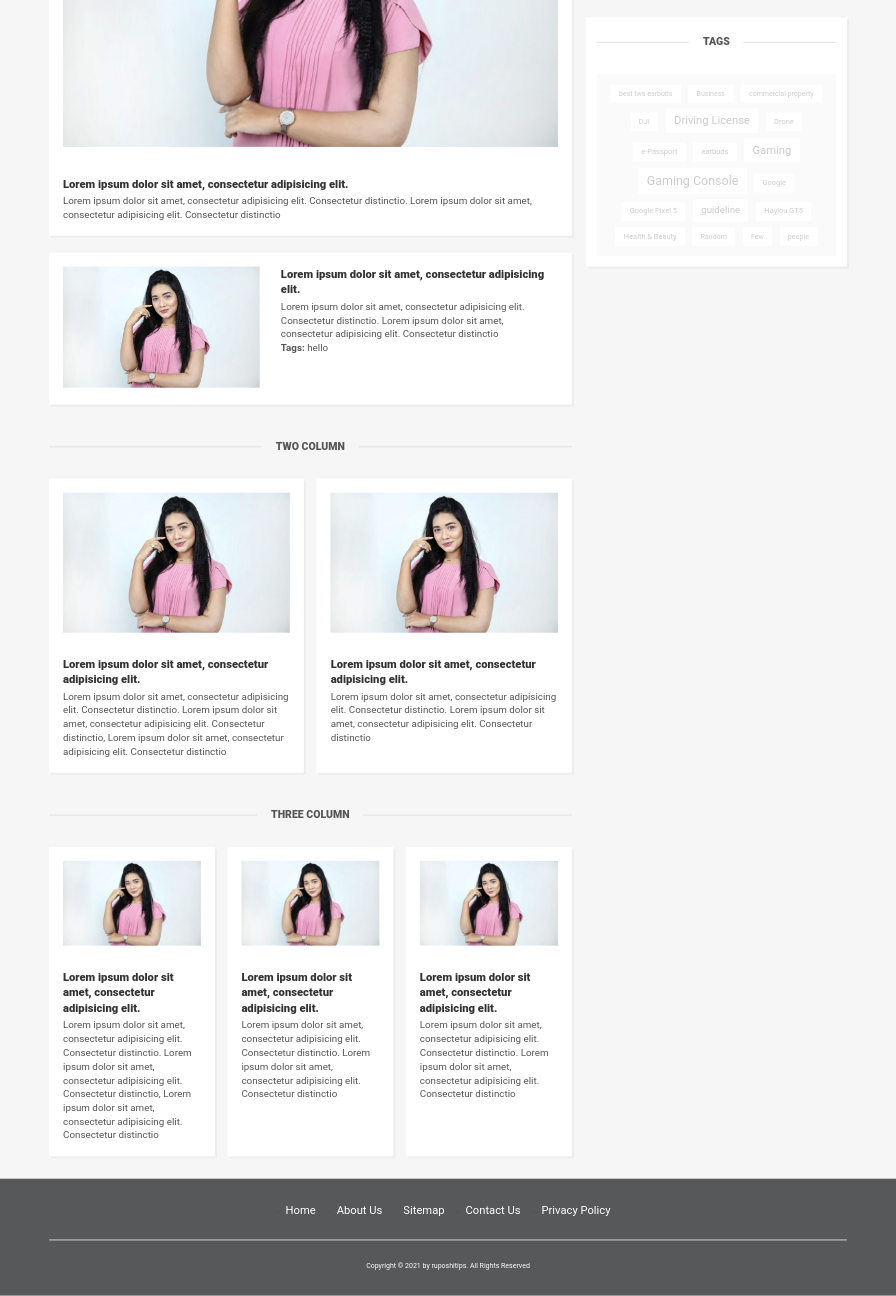
Repository: riff3r/wp-blog
Page: index.html
The author's editor kept a copy of each file at every save. The page is drawn from the files as they stood at one save, then again after a run of saves.
The browser window is 1280 px wide. The pictures show the part of the page from y = 977 to 2897 px (the page is 2828 px tall before and 2953 px after), at 70% of full size.

Above is the page before, as saved 2021-10-28 06:42:26.

After the next 2 saves:
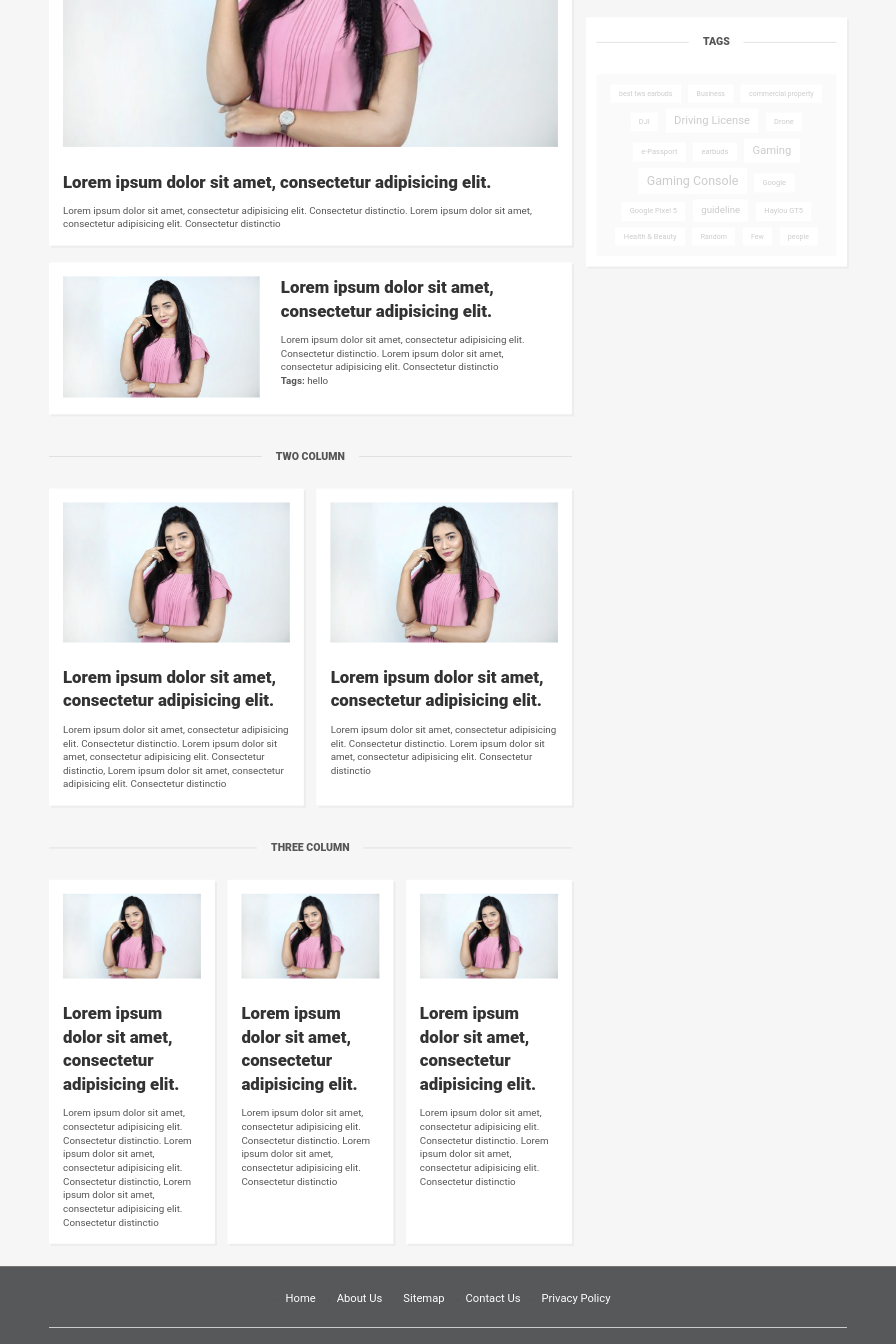
The 2 saves are shown as one change because they came seconds apart.
The last was saved 13 s later.
--- a/css/style.css
+++ b/css/style.css
@@ -375,8 +375,8 @@ a {
   color: #333;
   text-decoration: none;
   display: inline-block;
-  font-size: 1.6rem;
-  /* margin-bottom: 1.4rem; */
+  /* font-size: 1.6rem; */
+  margin-bottom: 1.4rem;
 }
 
 .blog-posts p {
